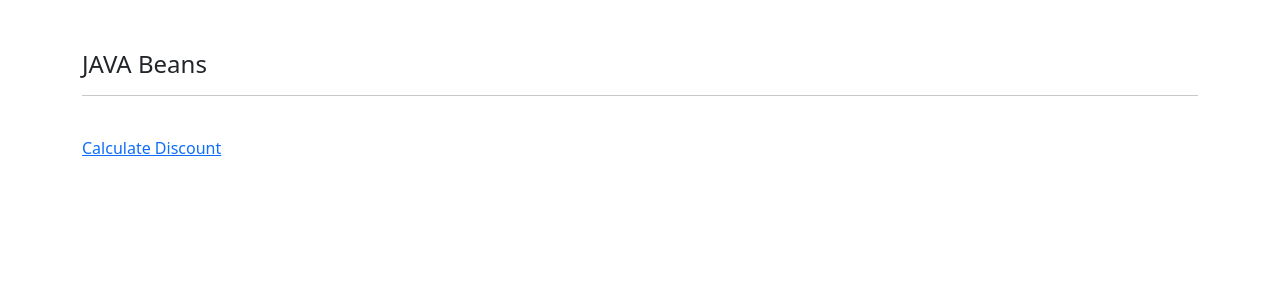
Repository: Kapil-06/My-Java-Projects
Page: http://localhost/AJAX-project/
An editor plug-in stored every save of this project. The page is shown before and after the next save, followed by the edit.
The browser window is 1280 px wide. The pictures show the whole page.
The page is served by Tomcat 10. Other server files are loaded and not shown.

Above is the page before, as saved 2023-06-05 16:22:28.

### JavaBeansProject/src/main/webapp/index.jsp
<%@ page language="java" contentType="text/html; charset=ISO-8859-1"
    pageEncoding="ISO-8859-1"%>
<!DOCTYPE html>
<html>
<head>
<meta charset="ISO-8859-1">
<title>Beans</title>
<link rel="stylesheet" href="bootstrap.min.css">
</head>
<body style="margin-top: 50px;">
    <div class="container">
        <h4>JAVA Beans</h4>
        <hr>
        <br>
        <a href="Discount.html">Calculate Discount</a>

    </div>

</body>
</html>

Loaded but not shown: JavaBeansProject/src/main/webapp/bootstrap.min.css (library)

After the next save:
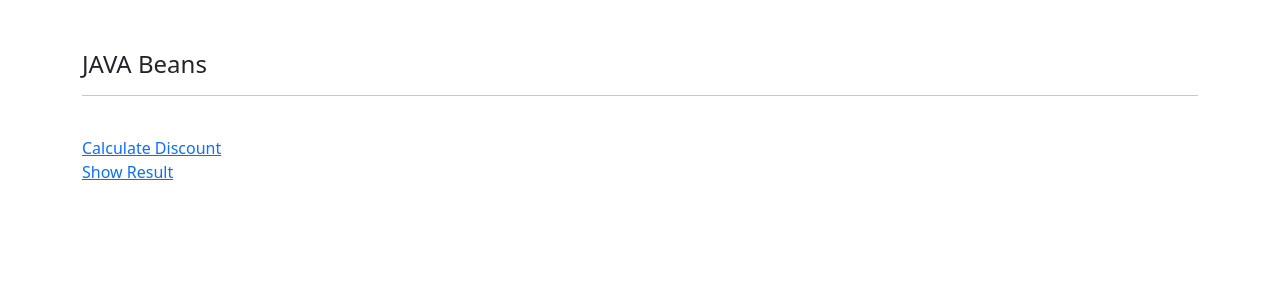
Saved 12 min 28 s later.
--- a/JavaBeansProject/src/main/webapp/index.jsp
+++ b/JavaBeansProject/src/main/webapp/index.jsp
@@ -13,7 +13,8 @@
         <hr>
         <br>
         <a href="Discount.html">Calculate Discount</a>
-
+		<br>
+		<a href="ExamResult.html">Show Result</a>
     </div>
 
 </body>
